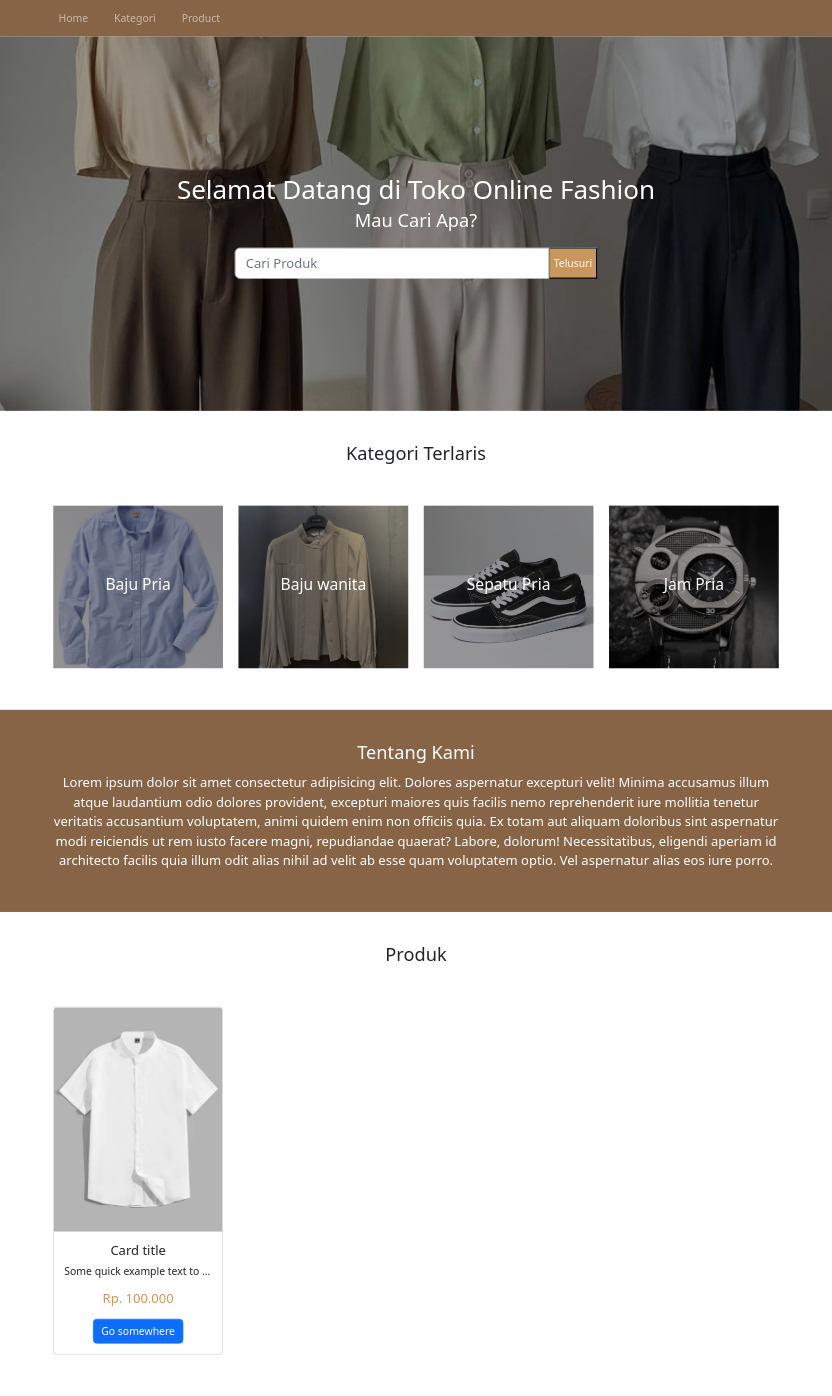
Repository: herman165/tugas_uas
Page: http://localhost/
An editor plug-in stored every save of this project. The page is shown before and after the next save, followed by the edit.
The browser window is 1280 px wide. The pictures show the whole page, at 65% of full size.
The page is run by PHP 8.4 with error messages shown; the project is at /var/www/html/.

Above is the page before, as saved 2024-12-10 01:53:37.

### index.php
<?php
    require "koneksi.php";

?>

<!DOCTYPE html>
<html lang="en">
<head>
    <meta charset="UTF-8">
    <meta name="viewport" content="width=device-width, initial-scale=1.0">
    <title>Toko Page</title>
    <link rel="stylesheet" href="bootstrap/css/bootstrap.min.css">
    <link rel="stylesheet" href="fontawesome/css/all.min.css">
    <link rel="stylesheet" href="css/style.css">

</head>
<body>
    <!-- Navbar -->
    <?php require "navbar.php"; ?>
    <!-- Banner -->
    <div class="container-fluid banner d-flex align-items-center">
       <div class="container text-center text-white py-5">
            <h1 class="mt-4">Selamat Datang di Toko Online Fashion</h1>
            <h3>Mau Cari Apa?</h3>
            <div class="col-md-6 mx-auto offset-md-3">
                <form method="get" action="produk.php">
                    <div class="input-group input-group-lg mb-3 my-4">
                        <input type="text" class="form-control" placeholder="Cari Produk" aria-label="Cari Produk" aria-describedby="button-addon2" name="keyword">
                        <button type="submit" class="btn-btn warna2 text-white" type="button" id="button-addon2">Telusuri</button>
                    </div>
                </form>
            </div>
       </div>
    </div>
    <!-- Kategori -->
     <div class="container-fluid py-5">
        <div class="container text-center ">
            <h3>Kategori Terlaris</h3>
            <div class="row mt-5">
                <div class="col-md-3 py-3">
                    <div class="highlighted-kategori kategori-baju-pria d-flex justify-content-center align-items-center">
                        <h4 ><a class="  no-decoration"  href="produk.php?kategori=Baju Pria">Baju Pria</a></h4>
                    </div>
                </div>
                <div class="col-md-3 py-3">
                    <div class="highlighted-kategori kategori-baju-wanita d-flex justify-content-center align-items-center">
                         <h4><a class=" no-decoration " href="produk.php?kategori=Baju Wanita">Baju wanita</a></h4>
                    </div>
                </div>
                <div class="col-md-3 py-3 ">
                    <div class="highlighted-kategori kategori-sepatu-pria d-flex justify-content-center align-items-center">
                       <h4><a class=" no-decoration " href="produk.php?kategori=Sepatu Pria" >Sepatu Pria</a></h4>
                    </div>
                </div>
                <div class="col-md-3 py-3 ">
                    <div class="highlighted-kategori kategori-jam-pria d-flex justify-content-center align-items-center">
                         <h4><a class=" no-decoration" href="produk.php?kategori=Jam Pria">Jam Pria</a></h4>
                    </div>
                </div>
            </div>
        </div>
     </div>

     <!-- tentang kami -->
      <div class="container-fluid warna1 py-5 ">
        <div class="container text-center text-white">
           <h3>Tentang Kami</h3>
                <p class="fs-5 mt-3">
                  Lorem ipsum dolor sit amet consectetur adipisicing elit. Dolores aspernatur excepturi velit! Minima accusamus illum atque laudantium odio dolores provident, excepturi maiores quis facilis nemo reprehenderit iure mollitia tenetur veritatis accusantium voluptatem, animi quidem enim non officiis quia. Ex totam aut aliquam doloribus sint aspernatur modi reiciendis ut rem iusto facere magni, repudiandae quaerat? Labore, dolorum! Necessitatibus, eligendi aperiam id architecto facilis quia illum odit alias nihil ad velit ab esse quam voluptatem optio. Vel aspernatur alias eos iure porro.
                </p>
        </div>
      </div>

      <!-- produk -->
      <div class="container-fluid py-5">
        <div class="container text-center">
            <h3>Produk </h3>

            <div class="row mt-5">
               <div class="col-sm-6 col-md-3 py-3">
                    <div class="card">
                        <img src="image/Homens Camisa sólido pescoço não trespassado.jpg" class="card-img-top" alt="...">
                        <div class="card-body">
                            <h5 class="card-title">Card title</h5>
                            <p class="card-text text-truncate">Some quick example text to build on the card title and make up the bulk of the card's content.</p>
                            <p class="card-text text-harga">Rp. 100.000</p>
                            <a href="#" class="btn btn-primary">Go somewhere</a>
                        </div>
                    </div>
               </div>
            </div>
        </div>
      </div>
    <script src="bootstrap/js/bootstrap.bundle.min.js"></script>
    <script src="fontawesome/js/all.min.js"></script>
</body>
</html>

### koneksi.php
<?php
// connect  to  database
$con = mysqli_connect("localhost", "root", "", "toko_online");

// Cek connect
if (mysqli_connect_errno()) {
    echo "Failed to connect to MySQL: " . mysqli_connect_error();
    exit();
}
?>

### navbar.php
<!DOCTYPE html>
<html lang="en">
<head>
    <meta charset="UTF-8">
    <meta name="viewport" content="width=device-width, initial-scale=1.0">
    <title>Responsive Navbar</title>
     <link rel="stylesheet" href="bootstrap/css/bootstrap.min.css">

<style>

        /* Khusus tampilan HP */
        @media (max-width: 480px) {
            .navbar {
                background: linear-gradient(to right, #6a11cb, #2575fc); /* Gradient ungu ke biru */
                box-shadow: 0 4px 6px rgba(0, 0, 0, 0.3); /* Bayangan */
                border-radius: 5px; /* Membuat sudut melengkung */
            }

            .navbar-dark .nav-link {
                color: #ffffff;
                background-color: rgba(255, 255, 255, 0.2); /* Transparan putih */
                margin: 5px;
                padding: 10px;
                border-radius: 5px; /* Melengkung */
                text-align: center;
                transition: background-color 0.3s ease, color 0.3s ease;
            }

            .navbar-dark .nav-link:hover {
                background-color: rgba(255, 255, 255, 0.4); /* Lebih terang saat hover */
                color: #ffcc00; /* Warna kuning keemasan */
            }

            /* Tombol toggler */
            .navbar-dark .navbar-toggler {
                border: none;
                background-color: #ffffff; /* Putih */
                padding: 5px;
                border-radius: 3px; /* Melengkung */
            }

            .navbar-dark .navbar-toggler-icon {
                background-color: #6a11cb; /* Ungu */
                border-radius: 2px;
                width: 25px;
                height: 3px;
            }
        }

</style>

</head>
<body>
    <nav class="navbar navbar-expand-lg navbar-dark warna1">
        <div class="container">
            <button class="navbar-toggler" type="button" data-bs-toggle="collapse" data-bs-target="#navbarSupportedContent" aria-controls="navbarSupportedContent" aria-expanded="false" aria-label="Toggle navigation">
                <span class="navbar-toggler-icon"></span>
            </button>
            <div class="collapse navbar-collapse" id="navbarSupportedContent">
                <ul class="navbar-nav me-auto mb-2 mb-lg-0">
                    <li class="nav-item me-4 ">
                        <a class="nav-link " href="../adminpanel/">Home</a>
                    </li>
                    <li class="nav-item me-4 ">
                        <a class="nav-link" href="kategori.php">Kategori</a>
                    </li>
                    <li class="nav-item me-4 ">
                        <a class="nav-link" href="product.php">Product</a>
                    </li>
                </ul>
            </div>
        </div>
    </nav>

    <script src="bootstrap/js/bootstrap.bundle.min.js"></script>
</body>
</html>

### css/style.css
.warna1 {
    background-color: #876445;
}
.warna2 {
    background-color: #CA965C;
}
.warna3 {
    background-color: #EEC373;
}
.warna4 {
    background-color: #F4DFBA;
}
.banner {
    height: 80vh; /* Mengisi seluruh tinggi layar */
    background: linear-gradient(rgba(0, 0, 0, 0.4), rgba(0, 0, 0, 0.4)), url('../image/benner\ new.jpg');
    background-size: cover; /* Memastikan gambar menutupi seluruh elemen */
    background-position: center; /* Memusatkan gambar */
    background-repeat: no-repeat; /* Mencegah gambar diulang */
}



@media (max-width: 768px) {
    .banner {
        height: 30vh;
    }
}
.highlighted-kategori{
    height: 250px;

}
.no-decoration{
    text-decoration: none;
    color:white;
}
.no-decoration:hover {
    color: #EEC373;
}
.kategori-baju-pria {
  background: linear-gradient(rgba(0, 0, 0, 0.4), rgba(0, 0, 0, 0.4)), url('../image/baju\ pria.jpg');
  background-size: cover;
  background-position: center;
  background-repeat: no-repeat;
}
.kategori-baju-wanita {
  background: linear-gradient(rgba(0, 0, 0, 0.4), rgba(0, 0, 0, 0.4)), url('../image/baju\ wanita.jpg');
  background-size: cover;
  background-position: center;
  background-repeat: no-repeat;

}
.kategori-sepatu-pria {
  background: linear-gradient(rgba(0, 0, 0, 0.4), rgba(0, 0, 0, 0.4)), url('../image/Vans\ Old\ Skool\ Sneakers\ in\ Black_White\ _\ VN000D3HY28\ -\ Men\ 13_Wmn\ 14_5\ _\ Black.jpg');
  background-size: cover;
  background-position: center;
  background-repeat: no-repeat;
}
.kategori-jam-pria {
  background: linear-gradient(rgba(0, 0, 0, 0.4), rgba(0, 0, 0, 0.4)), url('../image/Kegllect\ Men\ Life\ Waterproof\ Quartz\ Watch\ Mens\ Large\ Dial\ Sport\ Wristwatch\ Jam\ Tangan\ Lelaki.jpg');
  background-size: cover;
  background-position: center;
  background-repeat: no-repeat;
}
.text-harga{
    font-size: 20px;
    color:#CA965C;
}

Loaded but not shown: bootstrap/css/bootstrap.min.css (library); fontawesome/css/all.min.css (library); bootstrap/js/bootstrap.bundle.min.js (library)

After the next save:
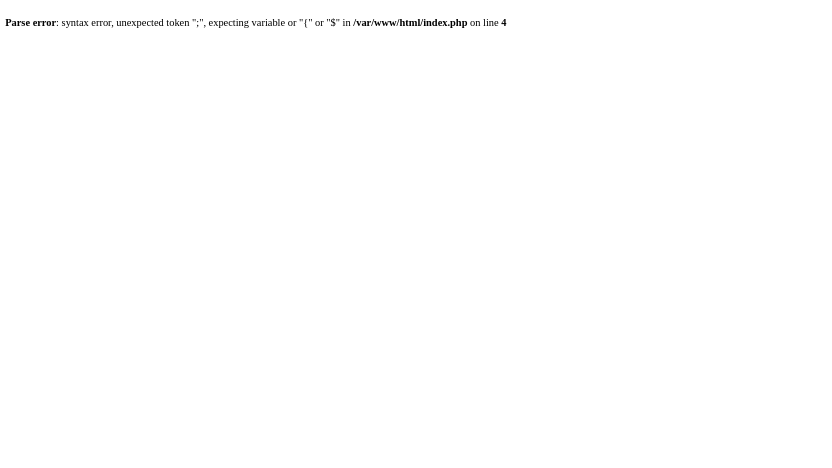
Saved 6 s later.
--- a/index.php
+++ b/index.php
@@ -1,6 +1,6 @@
 <?php
     require "koneksi.php";
-
+    $
 ?>
 
 <!DOCTYPE html>

After the save that followed:
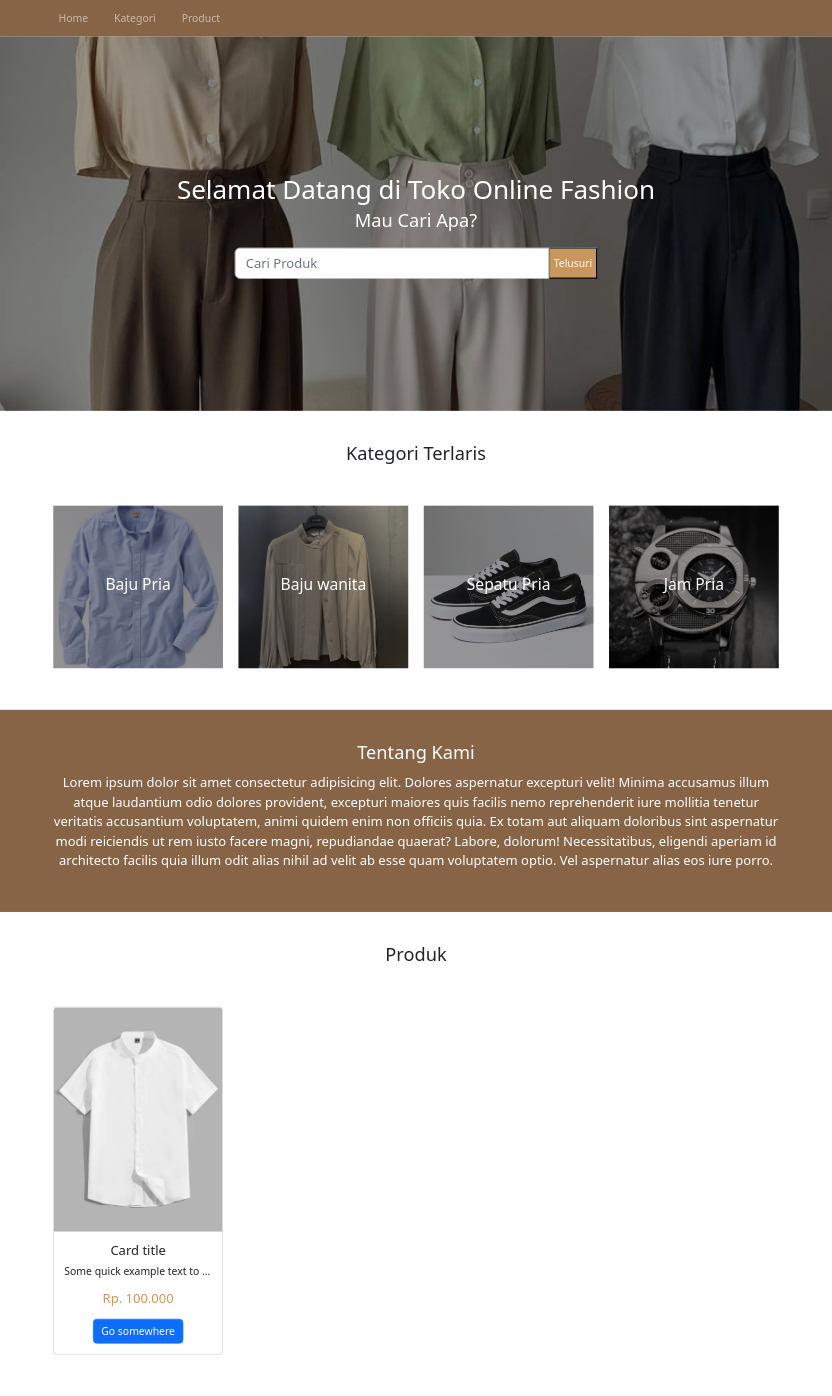
Saved 4 s later.
--- a/index.php
+++ b/index.php
@@ -1,6 +1,6 @@
 <?php
     require "koneksi.php";
-    $
+    $quer
 ?>
 
 <!DOCTYPE html>
